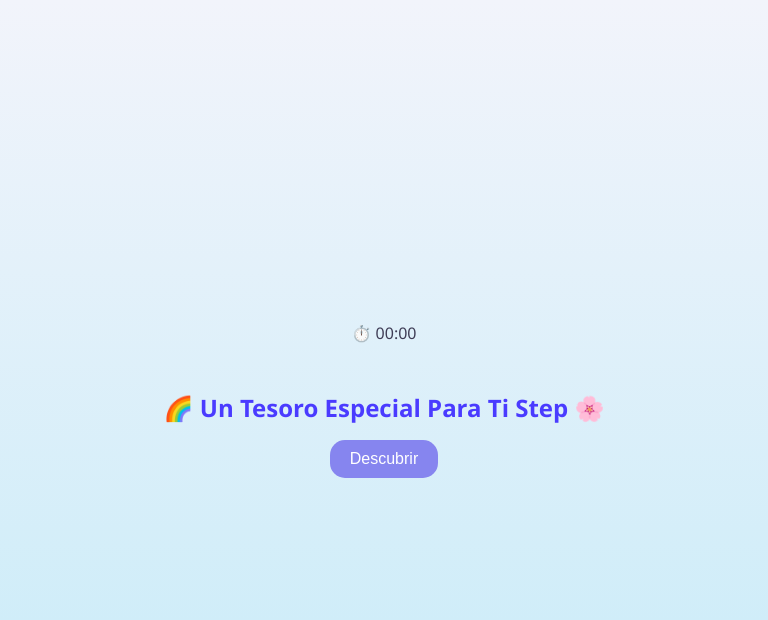
Repository: FernandoPelaez/juego-step
Page: index.html
These files come from the project's save history. The page is drawn as it stood at one moment and after the next save; the edit follows.
The browser window is 768 px wide. The pictures show the whole page.
Some web libraries are served in a nearby version.

Above is the page before, as saved 2025-05-13 22:43:28.

### index.html
<!DOCTYPE html>
<html lang="es">
<head>
  <meta charset="UTF-8" />
  <meta name="viewport" content="width=device-width, initial-scale=1.0" />
  <title>Un Tesoro Especial Para Step</title>
  <link rel="stylesheet" href="style.css" />
</head>
<body>
  <!-- ⏱️ Reloj -->
  <div class="reloj" id="reloj">⏱️ 00:00</div>

  <!-- Pantalla inicial -->
  <div class="pantalla-inicial">
    <h1>🌈 <span>Un Tesoro Especial Para Ti Step</span> 🌸</h1>
    <button id="btnComenzar">Descubrir</button>
  </div>

  <!-- Juego -->
  <div class="juego" id="juego" style="display:none;">
    <h2>Encuentra los pares mágicos ✨</h2>
    <div id="tablero" class="tablero"></div>
    <p id="mensajeAcierto" class="mensaje-acierto"></p>
    <button id="btnReiniciar">Reiniciar</button>
  </div>

  <!-- Mensaje final -->
  <div id="mensajeFinal" class="mensaje-final" style="display:none;">
    <h2>🔓 ¡Tesoro desbloqueado! 🌟</h2>
    <p id="tiempoFinal"></p>
    <button id="btnVolverAJugar">Volver a jugar</button>
  </div>

  <!-- Confetti y JS -->
  <script src="https://cdn.jsdelivr.net/npm/canvas-confetti@1.6.0/dist/confetti.browser.min.js"></script>
  <script src="script.js"></script>
</body>
</html>

### style.css
body {
  margin: 0;
  font-family: 'Segoe UI', Tahoma, Geneva, Verdana, sans-serif;
  background: linear-gradient(to bottom, #f2f4fb, #c6ebf8);
  display: flex;
  flex-direction: column;
  align-items: center;
  justify-content: center;
  min-height: 100vh;
  color: #3f3d56;
  text-align: center;
}

.pantalla-inicial, .juego, .mensaje-final {
  margin-top: 50px;
}

h1 {
  font-size: 2rem;
  color: #4a3bff;
}

h1 span {
  font-weight: bold;
}

h2 {
  font-size: 1.5rem;
  margin-bottom: 20px;
}

button {
  padding: 12px 24px;
  font-size: 1.1rem;
  background-color: #8685ef;
  color: white;
  border: none;
  border-radius: 15px;
  cursor: pointer;
  transition: background-color 0.3s ease;
}

button:hover {
  background-color: #6b69e9;
}

.tablero {
  display: grid;
  grid-template-columns: repeat(7, 70px);
  gap: 15px;
  justify-content: center;
  margin-bottom: 20px;
}

.carta {
  width: 70px;
  height: 70px;
  background-color: white;
  border: 2px solid #b5b7f3;
  border-radius: 12px;
  display: flex;
  align-items: center;
  justify-content: center;
  font-size: 1.8rem;
  cursor: pointer;
  user-select: none;
  transition: transform 0.2s;
}

.carta:hover {
  transform: scale(1.05);
}

.carta.acertada {
  background-color: #c8f7c5;
  border-color: #a3e6a1;
  cursor: default;
}

.mensaje-acierto {
  font-size: 1.1rem;
  color: #4a3bff;
  margin-top: 10px;
  min-height: 1.5rem;
}

.mensaje-final {
  font-size: 2rem;
  font-weight: bold;
  color: #4a3bff;
}

.mensaje-final button {
  margin-top: 20px;
}

/* Responsive para celulares */
@media (max-width: 768px) {
  h1 {
    font-size: 1.5rem;
    padding: 0 10px;
  }

  h2 {
    font-size: 1.2rem;
    padding: 0 10px;
  }

  .tablero {
    grid-template-columns: repeat(4, 60px); /* Menos columnas para pantallas pequeñas */
    gap: 12px;
  }

  .carta {
    width: 60px;
    height: 60px;
    font-size: 1.5rem;
  }

  button {
    padding: 10px 20px;
    font-size: 1rem;
  }

  .pantalla-inicial, .juego, .mensaje-final {
    margin-top: 30px;
    padding: 0 10px;
  }

  .mensaje-acierto {
    font-size: 1rem;
    min-height: 1.2rem;
  }

  .mensaje-final {
    font-size: 1.5rem;
  }
}

### script.js
const tablero = document.getElementById("tablero");
const btnComenzar = document.getElementById("btnComenzar");
const juego = document.getElementById("juego");
const pantallaInicial = document.querySelector(".pantalla-inicial");
const mensajeFinal = document.getElementById("mensajeFinal");
const mensajeAcierto = document.getElementById("mensajeAcierto");
const btnReiniciar = document.getElementById("btnReiniciar");


const sonidoVoltear = new Audio('sonido/voltear.mp3');

const emojis = ["🌈", "🎀", "🍭", "🌸", "🧁", "🧸", "🦄", "💖", "🌟", "🍓", "🐥", "🐚", "🌷", "🍬"];
const mensajes = [
  "¡Lo lograste, Step! 🧠✨",
  "Eres más lista que el código que te hizo 😎",
  "¡Cada vez más cerca del tesoro! 💖",
  "¡Estás imparable, mi genia! 💪💘",
  "¡Wow! Tu memoria es de otro nivel 🧠💥",
  "¡Eres brillante! ✨ Como siempre lo has sido 🌟",
  "¡Qué talento, Step! 🪄💡",
  "¡Eres un rayo de genialidad! ⚡🌈",
  "¡Imposible no admirarte! 🐚🫧",
  "¡Así se juega con el corazón! 💓🎯",
  "¡Tus neuronas están de fiesta! 🧠🎉",
  "¡Eres la reina de los pares! 👑🧸",
  "¡Con cada clic demuestras magia! 🦄💫",
  "¡Increíble! No hay reto que no superes 💥🍭"
];

let cartas = [];
let seleccionadas = [];
let paresEncontrados = 0;

btnComenzar.addEventListener("click", iniciarJuego);
btnReiniciar.addEventListener("click", () => location.reload());

function iniciarJuego() {
  pantallaInicial.style.display = "none";
  juego.style.display = "block";

  const cartasDobles = [...emojis, ...emojis];
  cartasDobles.sort(() => Math.random() - 0.5);

  cartasDobles.forEach((emoji, index) => {
    const carta = document.createElement("div");
    carta.classList.add("carta");
    carta.dataset.valor = emoji;
    carta.dataset.index = index;
    carta.textContent = "❌";
    carta.addEventListener("click", manejarSeleccion);
    tablero.appendChild(carta);
    cartas.push(carta);
  });
}

function manejarSeleccion(e) {
  const carta = e.target;

  if (seleccionadas.length < 2 && !carta.classList.contains("acertada") && !seleccionadas.includes(carta)) {
    sonidoVoltear.play();
    carta.textContent = carta.dataset.valor;
    seleccionadas.push(carta);

    if (seleccionadas.length === 2) {
      const [carta1, carta2] = seleccionadas;
      if (carta1.dataset.valor === carta2.dataset.valor) {
        carta1.classList.add("acertada");
        carta2.classList.add("acertada");
        seleccionadas = [];
        paresEncontrados++;

        mensajeAcierto.textContent = mensajes[Math.floor(Math.random() * mensajes.length)];

        if (paresEncontrados === emojis.length) {
          setTimeout(() => {
            juego.style.display = "none";
            mensajeFinal.style.display = "block";
            lanzarConfeti();
          }, 3000);
        }
      } else {
        setTimeout(() => {
          carta1.textContent = "❌";
          carta2.textContent = "❌";
          seleccionadas = [];
          mensajeAcierto.textContent = "";
        }, 800);
      }
    }
  }
}

const btnVolverAJugar = document.getElementById("btnVolverAJugar");
if (btnVolverAJugar) {
  btnVolverAJugar.addEventListener("click", () => location.reload());
}


function lanzarConfeti() {
  confetti({
    particleCount: 150,
    spread: 100,
    origin: { y: 0.6 }
  });
}

After the next save:
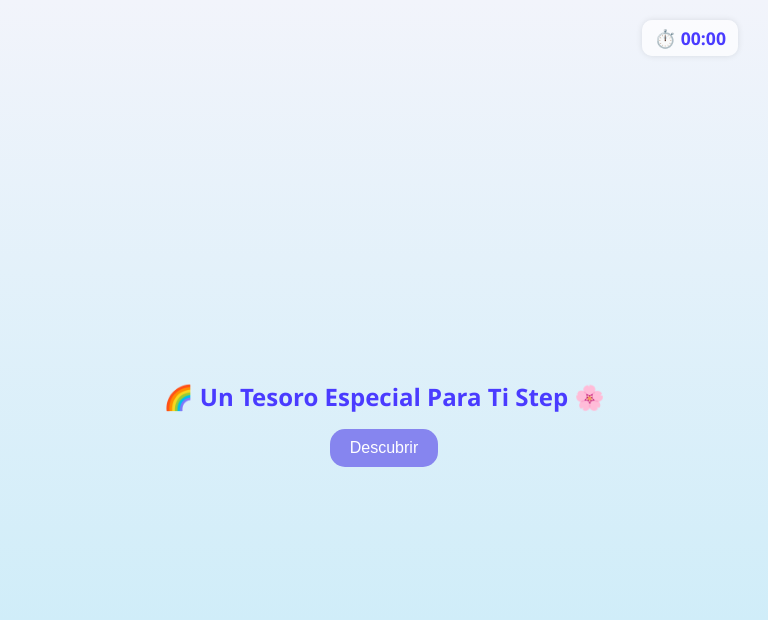
Saved 38 s later.
--- a/style.css
+++ b/style.css
@@ -94,6 +94,20 @@ button:hover {
   margin-top: 20px;
 }
 
+.reloj {
+  position: absolute;
+  top: 20px;
+  right: 30px;
+  font-size: 1.1rem;
+  font-weight: bold;
+  color: #4a3bff;
+  background-color: rgba(255, 255, 255, 0.7);
+  padding: 6px 12px;
+  border-radius: 10px;
+  box-shadow: 0 0 6px rgba(0, 0, 0, 0.1);
+}
+
+
 /* Responsive para celulares */
 @media (max-width: 768px) {
   h1 {
@@ -107,7 +121,7 @@ button:hover {
   }
 
   .tablero {
-    grid-template-columns: repeat(4, 60px); /* Menos columnas para pantallas pequeñas */
+    grid-template-columns: repeat(4, 60px);
     gap: 12px;
   }
 
